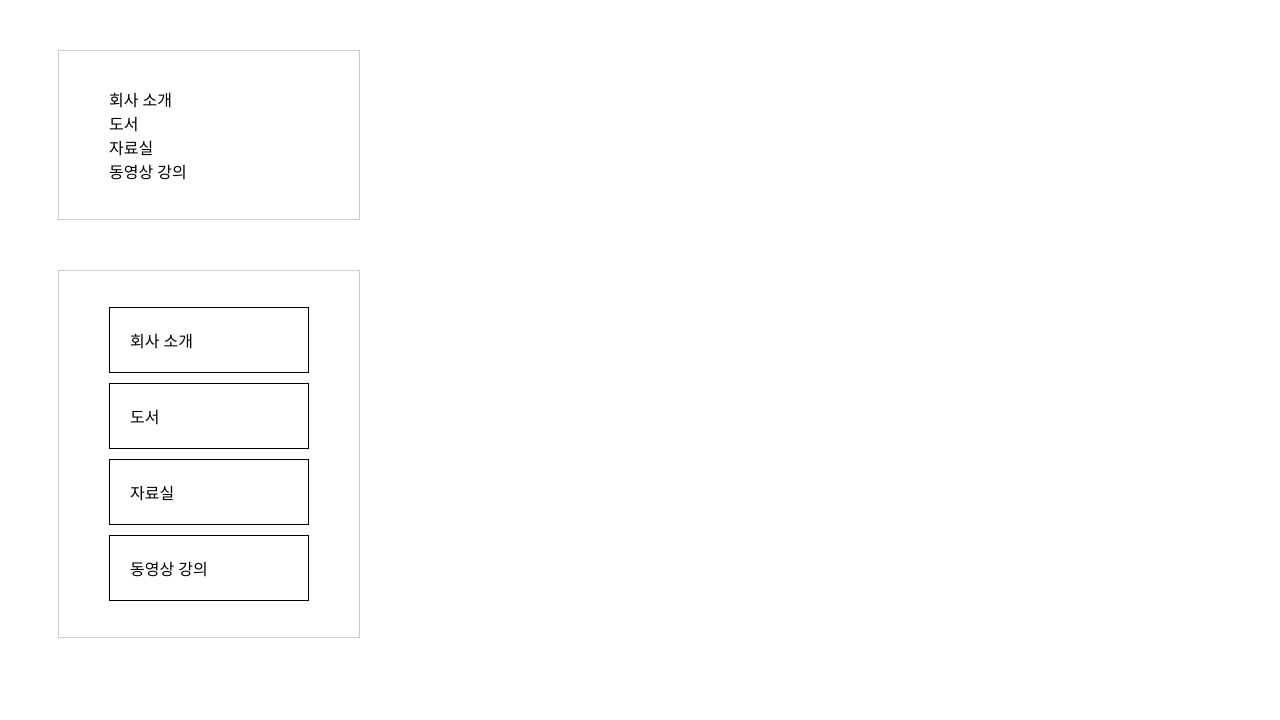
Repository: itkezi/HTML_2022_505
Page: Web/WebContent/HTML/0325_EX6.html
An editor plug-in stored every save of this project. The page is shown before and after the next save, followed by the edit.
The browser window is 1280 px wide. The pictures show the whole page.

Above is the page before, as saved 2022-03-25 08:44:38.

After the next save:
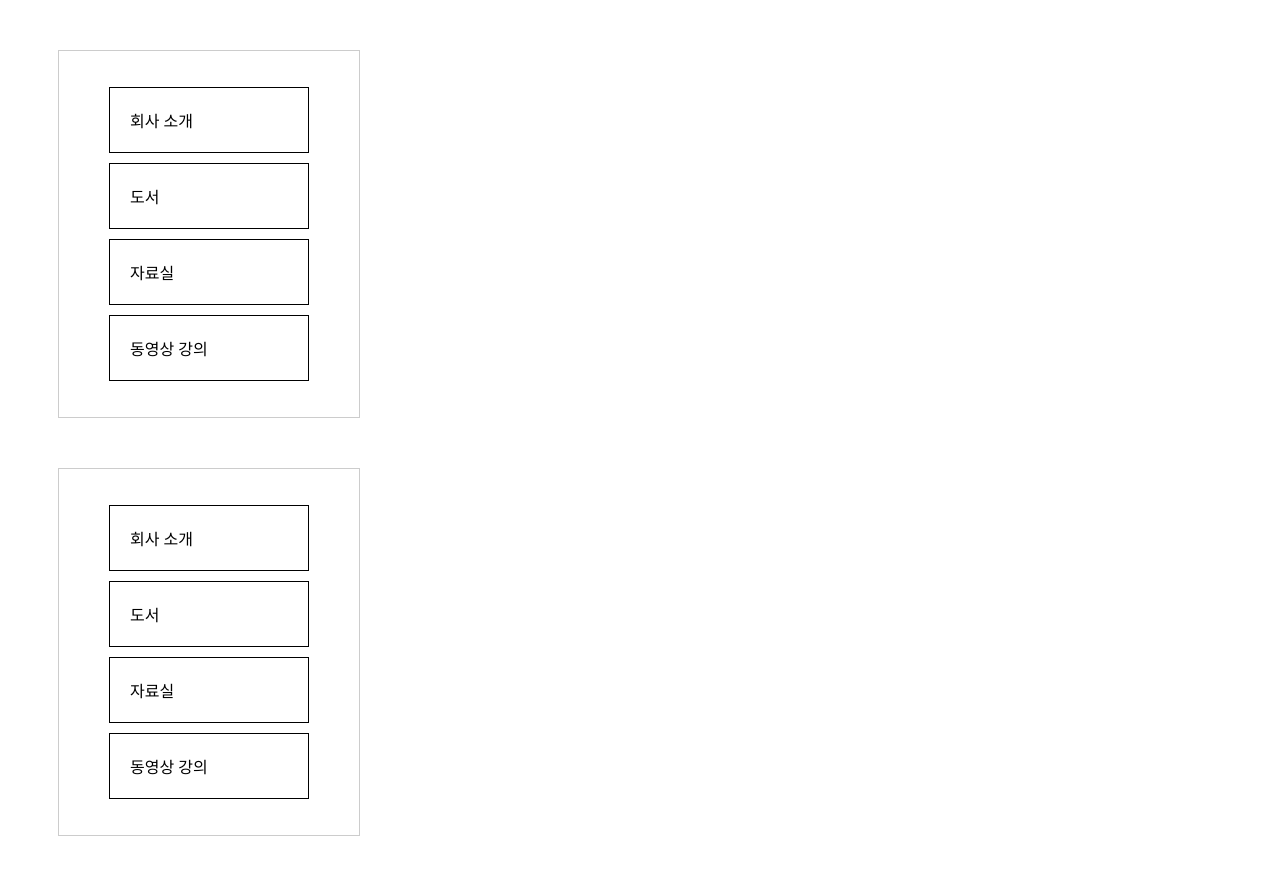
Saved 2 days later.
--- a/Web/WebContent/HTML/0325_EX6.html
+++ b/Web/WebContent/HTML/0325_EX6.html
@@ -10,6 +10,10 @@ div {
 ul {
 	list-style: none; padding: 20px 50px;
 	}
+#first ul li { border: 1px solid; padding: 20px}
+#first ul li {margin-bottom: 10px}
+#first ul li:last-child {margin-bottom: 0} /* 4번만 적용 */
+
 #second ul li { border: 1px solid; padding: 20px}
 #second ul li {margin-bottom: 10px}
 #second ul li:last-child {margin-bottom: 0} /* 4번만 적용 */
